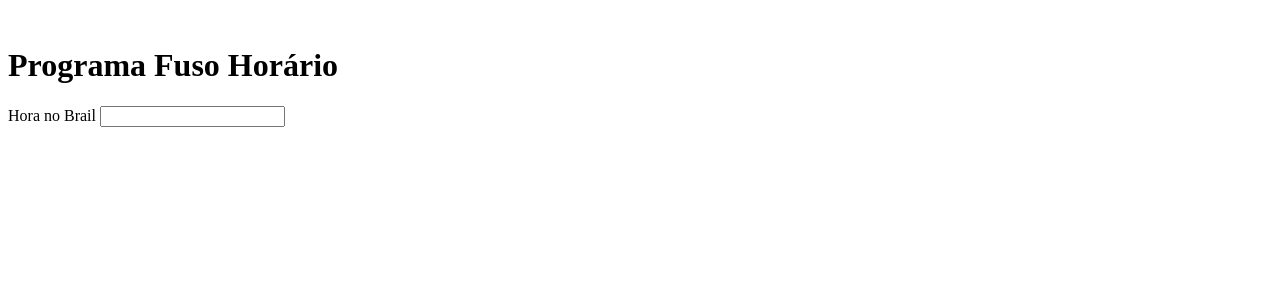
Repository: JhonMercedes/Javascript-book
Page: cap3/ex3_4.html
An editor plug-in stored every save of this project. The page is shown before and after the next save, followed by the edit.
The browser window is 1280 px wide. The pictures show the whole page.

Above is the page before, as saved 2021-12-15 21:55:17.

### cap3/ex3_4.html
<!DOCTYPE html>
<html lang="en">
<head>
    <meta charset="UTF-8">
    <meta http-equiv="X-UA-Compatible" content="IE=edge">
    <meta name="viewport" content="width=device-width, initial-scale=1.0">
    <title>Exemplo 3.4</title>
</head>
<body>
    <img src="" alt="">
    <h1>Programa Fuso Horário</h1>
    <p>Hora no Brail
        <input type="text" id=inHora>
    </p>
</body>
</html>

After the next save:
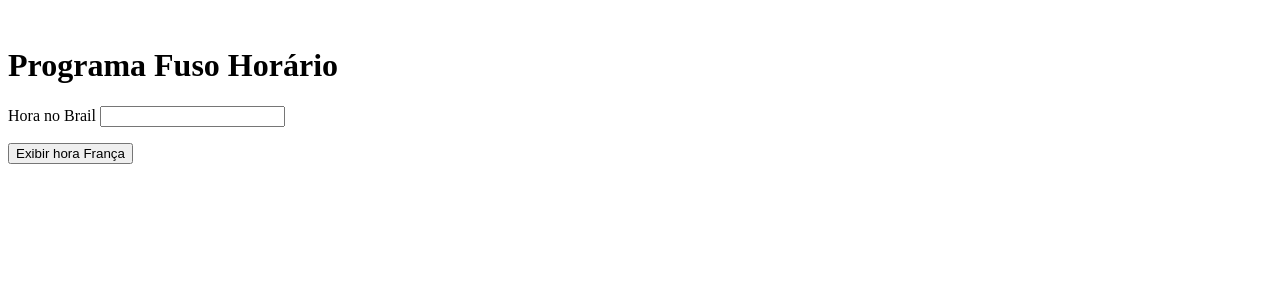
Saved 71 s later.
--- a/cap3/ex3_4.html
+++ b/cap3/ex3_4.html
@@ -12,5 +12,8 @@
     <p>Hora no Brail
         <input type="text" id=inHora>
     </p>
+
+    <input type="button" value="Exibir hora França" id="btHora">
+    <h3 id="outResultado"></h3>
 </body>
 </html>
